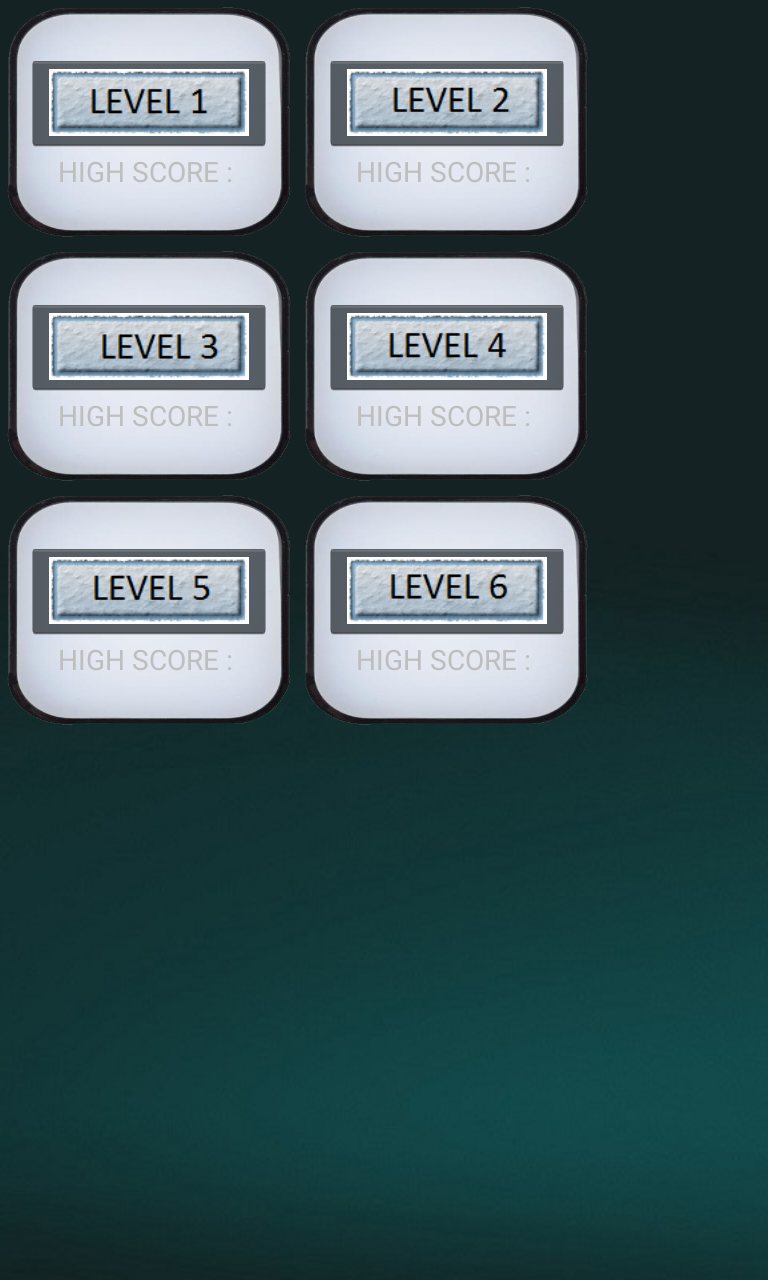
Repository: rohitchawla22/SebiQuiz
Layout: SebiQuiz/res/layout/menu.xml
The author's editor kept a copy of each file at every save. The layout is drawn from the files as they stood at one save, then again after the next save.
It is drawn on a 768 x 1280 px phone screen (xhdpi) without system bars, with theme android:Theme.Holo; the app's code is not run.

Above is the layout before, as saved 2014-06-12 10:23:54.

After the next save:
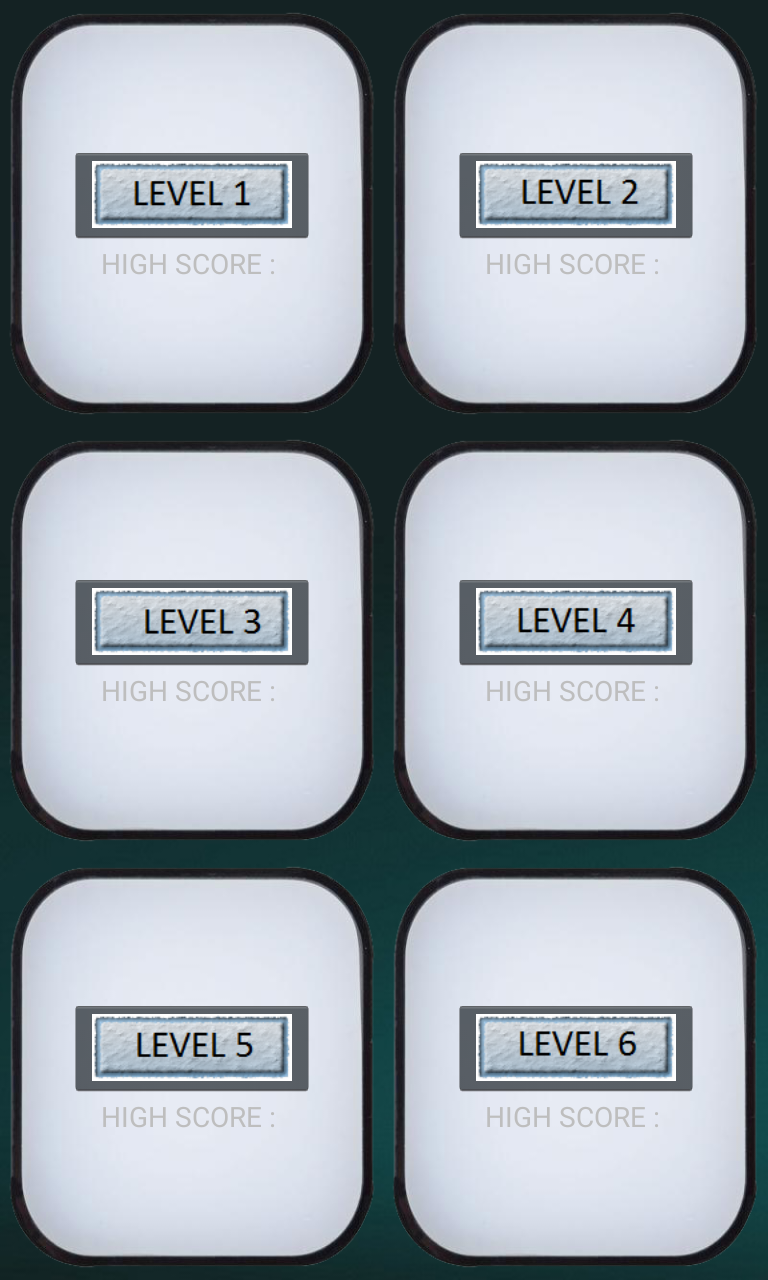
Saved 9 min 19 s later.
--- a/SebiQuiz/res/layout/menu.xml
+++ b/SebiQuiz/res/layout/menu.xml
@@ -6,8 +6,9 @@
     android:orientation="vertical" >
 
     <LinearLayout
-        android:layout_width="298dp"
-        android:layout_height="122dp"
+        android:layout_width="match_parent"
+        android:layout_height="match_parent"
+        android:layout_weight="1"
         android:background="@drawable/button" >
 
         <LinearLayout
@@ -59,8 +60,9 @@
     </LinearLayout>
 
     <LinearLayout
-        android:layout_width="298dp"
-        android:layout_height="122dp"
+        android:layout_width="match_parent"
+        android:layout_height="match_parent"
+        android:layout_weight="1"
         android:background="@drawable/button" >
          <LinearLayout
             android:layout_width="wrap_content"
@@ -110,16 +112,16 @@
     </LinearLayout>
 
     <LinearLayout
-        android:layout_width="298dp"
-        android:layout_height="122dp"
+        android:layout_width="match_parent"
+        android:layout_height="match_parent"
+        android:layout_weight="1"
         android:background="@drawable/button" >
-
-        <LinearLayout
+         <LinearLayout
             android:layout_width="wrap_content"
             android:layout_height="wrap_content"
             android:layout_gravity="center"
             android:layout_weight="1"
-            android:orientation="vertical" >
+            android:orientation="vertical">
 
             <ImageButton
                 android:id="@+id/level5"
@@ -127,13 +129,13 @@
                 android:layout_height="wrap_content"
                 android:layout_gravity="center"
                 android:src="@drawable/level5" />
+            <TextView
+               android:id="@+id/l5"
+               android:layout_width="wrap_content"
+               android:layout_height="wrap_content"
+               android:layout_gravity="center"
+               android:text="@string/high_score_" />
 
-            <TextView
-                android:id="@+id/l5"
-                android:layout_width="wrap_content"
-                android:layout_height="wrap_content"
-                android:layout_gravity="center"
-                android:text="@string/high_score_" />
         </LinearLayout>
 
         <LinearLayout
@@ -141,7 +143,7 @@
             android:layout_height="wrap_content"
             android:layout_gravity="center"
             android:layout_weight="1"
-            android:orientation="vertical" >
+            android:orientation="vertical">
 
             <ImageButton
                 android:id="@+id/level6"
@@ -151,13 +153,13 @@
                 android:adjustViewBounds="false"
                 android:baselineAlignBottom="false"
                 android:src="@drawable/level6" />
+            <TextView
+               android:id="@+id/l6"
+               android:layout_width="wrap_content"
+               android:layout_height="wrap_content"
+               android:layout_gravity="center"
+               android:text="@string/high_score_" />
 
-            <TextView
-                android:id="@+id/l6"
-                android:layout_width="wrap_content"
-                android:layout_height="wrap_content"
-                android:layout_gravity="center"
-                android:text="@string/high_score_" />
         </LinearLayout>
     </LinearLayout>
 
